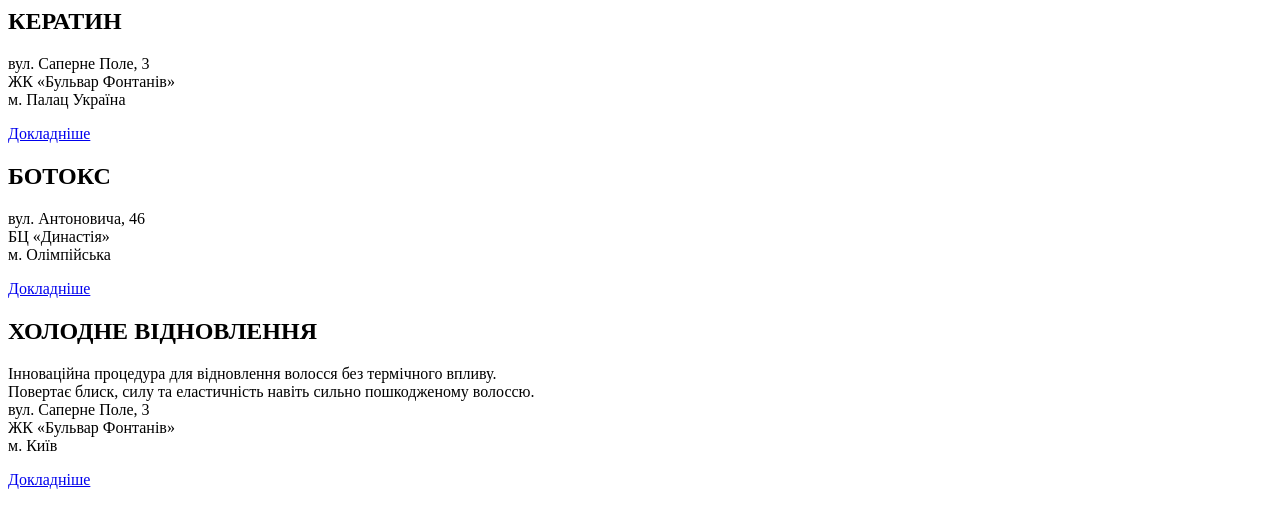
Repository: DianaKey/Keratin
Page: index.scroll.partial.html
The author's editor kept a copy of each file at every save. The page is drawn from the files as they stood at one save, then again after a run of saves.
The browser window is 1280 px wide. The pictures show the whole page.

Above is the page before, as saved 2025-09-04 12:47:42.

After the next 2 saves:
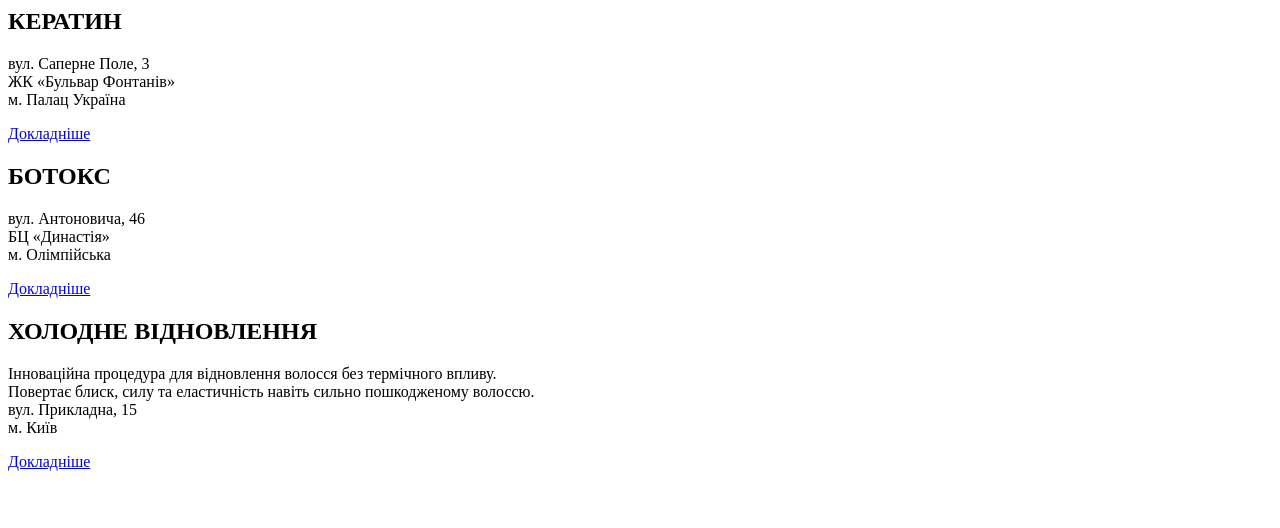
The 2 saves are shown as one change because they came seconds apart.
The last was saved 5 s later.
--- a/index.scroll.partial.html
+++ b/index.scroll.partial.html
@@ -31,8 +31,7 @@
     <p class="hero-section__text">
       Інноваційна процедура для відновлення волосся без термічного впливу.<br />
       Повертає блиск, силу та еластичність навіть сильно пошкодженому волоссю.<br />
-      вул. Саперне Поле, 3<br />
-      ЖК «Бульвар Фонтанів»<br />
+      вул. Прикладна, 15<br />
       м. Київ
     </p>
     <a class="hero-section__btn" href="#">Докладніше</a>
